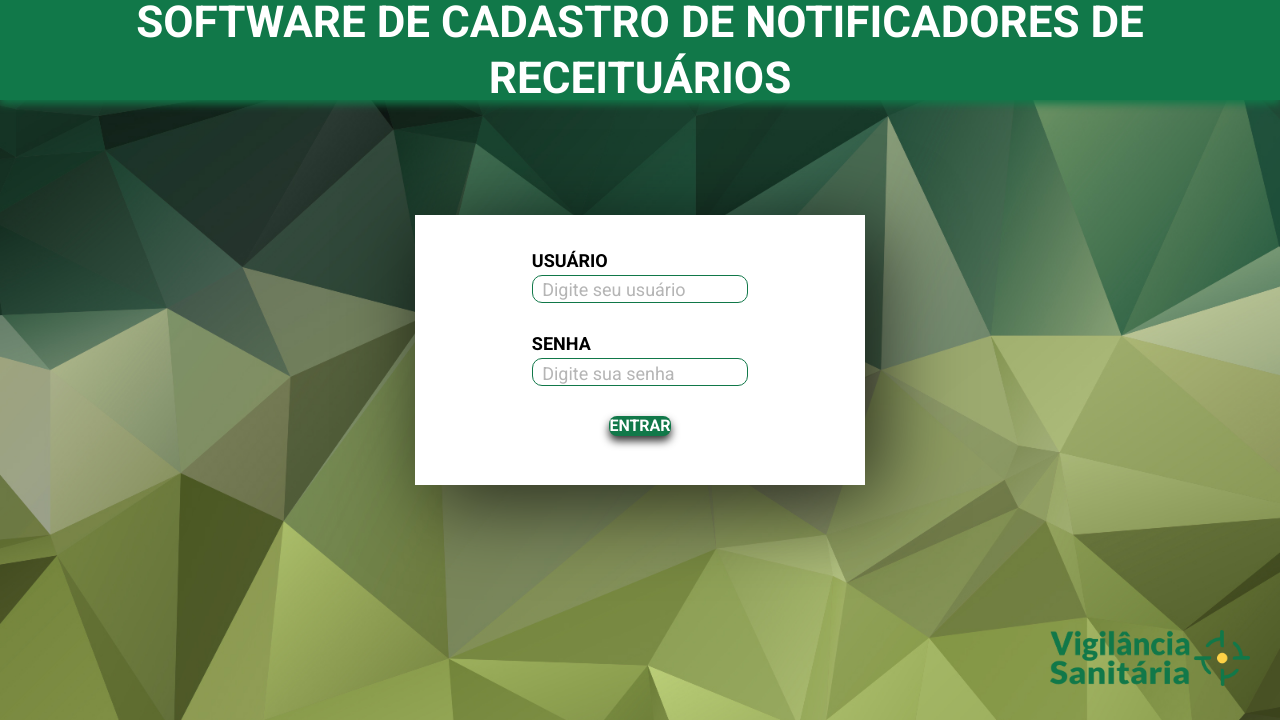
Repository: milena-rosa/web-prescription-notifier
Page: /
An editor plug-in stored every save of this project. The page is shown before and after the next save, followed by the edit.
The browser window is 1280 px wide. The pictures show the whole page.
The project was rebuilt for these pictures with package versions that can differ from the ones it lists, and the page was loaded fresh each time. Also part of the build but not shown: src/pages/Home/styles.ts, src/pages/Home/index.tsx.

Above is the page before, as saved 2021-11-07 13:26:21.

### public/index.html
<!DOCTYPE html>
<html lang="en">

<head>
  <meta charset="utf-8" />
  <link rel="preconnect" href="https://fonts.googleapis.com">
  <link rel="preconnect" href="https://fonts.gstatic.com" crossorigin>
  <link href="https://fonts.googleapis.com/css2?family=Roboto:wght@400;700&display=swap" rel="stylesheet">
  <!-- <link rel="icon" href="%PUBLIC_URL%/favicon.ico" /> -->
  <meta name="viewport" content="width=device-width, initial-scale=1" />
  <meta name="theme-color" content="#000000" />
  <title>Cadastro de Notificadores de Receituários</title>
</head>

<body>
  <noscript>You need to enable JavaScript to run this app.</noscript>
  <div id="root"></div>
</body>

</html>

### src/index.tsx
import React from 'react'
import ReactDOM from 'react-dom'

import { App } from './App'

ReactDOM.render(
  <React.StrictMode>
    <App />
  </React.StrictMode>,
  document.getElementById('root')
)

### src/App.tsx
import React from 'react'
import { BrowserRouter as Router } from 'react-router-dom'

import { Routes } from './routes'
import { GlobalStyle } from './styles/global'

export function App() {
  return (
    <Router>
      <Routes />
      <GlobalStyle />
    </Router>
  )
}

### src/routes/index.tsx
import React from 'react'
import { Switch } from 'react-router-dom'

import { Home } from '../pages/Home'
import { SignIn } from '../pages/SignIn'
import { Route } from './Route'

// import { useAuth } from '../hooks/useAuth'

export function Routes() {
  // const { loading } = useAuth()

  // if (loading) {
  //   return <h1>Abrindo...</h1>
  // }

  return (
    <Switch>
      <Route path="/" exact component={SignIn} />
      <Route path="/home" exact component={Home} isPrivate />
    </Switch>
  )
}

### src/styles/global.ts
import { createGlobalStyle } from 'styled-components'

export const GlobalStyle = createGlobalStyle`
  :root {
    --black: #000000;
    --gray: #b5b5b5;
    --white: #ffffff;

    --green-primary: #117849;
    --green-primary-70: rgba(17, 120, 73, 0.7);
    --green-primary-30: rgba(17, 120, 73, 0.3);
    --green-primary-5: rgba(17, 120, 73, 0.05);

    --light-green: #dbebe4;
    --brownish-green: #51665c;

    --red: #ff0000;
    --yellow: #f6ff8f;
  }

  * {
    box-sizing: border-box;
    margin: 0;
    padding: 0;
  }

  html {
    @media (max-width: 1080px) {
      font-size: 93.75%; // 15px
    }

    @media (max-width: 720px) {
      font-size: 87.5%; // 14px
    }
  }

  body {
    background: var(--white);
    color: var(--black);
    -webkit-font-smoothing: antialiased;
  }

  body, input, textarea, button, select {
    font-family: 'Roboto', sans-serif;
    font-weight: 400;
  }

  button {
    border: none;
    cursor: pointer;
  }

  .react-modal-overlay {
    align-items: center;
    background: rgba(0, 0, 0, 0.5);
    bottom: 0;
    display: flex;
    justify-content: center;
    left: 0;
    position: fixed;
    right: 0;
    top: 0;
    z-index: 11;
  }

  .react-modal-content {
    background: var(--white);
    border-radius: 0.25rem;
    min-height: 2.4rem;
    max-width: 41rem;
    position: relative;
    z-index: 12;
  }

  .react-modal-close {
    background: transparent;
    border: 0;
    position: absolute;
    right: 1rem;
    top: 1rem;
    transition: filter 0.2s;

    &:hover {
      filter: brightness(0.8);
    }
  }
`

### src/pages/SignIn/index.tsx
import React from 'react'

import logo from '../../assets/logo.png'
import { Button } from '../../components/Button'
import { Input } from '../../components/Input'
import { useForm } from '../../hooks/useForm'
import { Container } from './styles'

interface SignInFormValues {
  user: string
  password: string
}

export const SignIn: React.FC = () => {
  const {
    data: { user, password },
    handleChange,
    errors
  } = useForm<SignInFormValues>({
    initialValues: { user: '', password: '' },
    onSubmit: (event) => console.log(event),
    validations: {
      user: { required: { value: true, message: 'Preencha o campo obrigatório.' } },
      password: { required: { value: true, message: 'Preencha o campo obrigatório.' } }
    }
  })

  return (
    <Container>
      <header>Software de Cadastro de Notificadores de Receituários</header>
      <div>
        <Input
          name="user"
          label="Usuário"
          type="text"
          placeholder="Digite seu usuário"
          value={user}
          onChange={handleChange('user')}
          errors={errors.user}
          containerStyle={{ marginBottom: '1.875rem' }}
        />
        <Input
          name="password"
          label="Senha"
          type="password"
          placeholder="Digite sua senha"
          value={password}
          onChange={handleChange('password')}
          errors={errors.password}
          containerStyle={{ marginBottom: '1.875rem' }}
        />
        <Button>Entrar</Button>
      </div>
      <footer>
        <img src={logo} alt="Vigilância Sanitária" />
      </footer>
    </Container>
  )
}

### src/routes/Route.tsx
import React, { ComponentType } from 'react'
import { RouteProps as ReactDOMRouteProps, Route as ReactDOMRoute, Redirect } from 'react-router-dom'

interface IRouteProps extends ReactDOMRouteProps {
  isPrivate?: boolean
  component: ComponentType
}

export function Route({ isPrivate = false, component: Component, ...rest }: IRouteProps) {
  const isSigned = false

  return (
    <ReactDOMRoute
      {...rest}
      render={({ location }) =>
        (isPrivate && isSigned) || (!isPrivate && !isSigned) ? (
          <Component />
        ) : (
          <Redirect
            to={{
              pathname: isPrivate ? '/' : '/home',
              state: { from: location }
            }}
          />
        )
      }
    />
  )
}

### src/components/Button/index.tsx
import React, { ButtonHTMLAttributes } from 'react'

import { Container } from './styles'

interface ButtonProps extends ButtonHTMLAttributes<HTMLButtonElement> {
  buttonStyle?: object
}

export function Button({ children, buttonStyle = {}, ...rest }: ButtonProps) {
  return (
    <Container style={buttonStyle} {...rest}>
      {children}
    </Container>
  )
}

### src/components/Input/index.tsx
import React, { InputHTMLAttributes, useCallback, useState } from 'react'

import { Container, InputInformationContainer, Error, InputContainer } from './styles'

interface InputProps extends InputHTMLAttributes<HTMLInputElement> {
  name: string
  label?: string
  errors?: string
  containerStyle?: object
  inputStyle?: object
}

export const Input = ({
  name,
  label,
  containerStyle = {},
  inputStyle = {},
  errors,
  value,
  onBlur,
  disabled = false,
  ...rest
}: InputProps) => {
  const [isFocused, setIsFocused] = useState(false)

  const handleInputFocus = useCallback(() => {
    setIsFocused(true)
  }, [])

  const handleInputBlur = useCallback(
    (event: React.FocusEvent<HTMLInputElement>) => {
      if (onBlur) {
        onBlur(event)
      }
      setIsFocused(false)
    },
    [onBlur]
  )

  return (
    <Container>
      <InputInformationContainer>{!!label && <label htmlFor={name}>{label}</label>}</InputInformationContainer>
      <InputContainer style={containerStyle} isFocused={isFocused} isInvalid={!!errors} disabled={disabled}>
        <input
          {...rest}
          value={value || ''}
          id={name}
          name={name}
          onFocus={handleInputFocus}
          onBlur={handleInputBlur}
          style={inputStyle}
        />
      </InputContainer>
      {!!errors && <Error>{errors}</Error>}
    </Container>
  )
}

### src/hooks/useForm.ts
import { ChangeEvent, FormEvent, useState } from 'react'

interface Validation {
  required?: {
    value: boolean
    message: string
  }
  pattern?: {
    value: string
    message: string
  }
  custom?: {
    isValid: (value: any) => boolean
    message: string
  }
}

type Validations<T extends {}> = Partial<Record<keyof T, Validation>>
type ErrorRecord<T> = Partial<Record<keyof T, string>>

export type FormOptions<T extends {}> = {
  validations?: Validations<T>
  initialValues?: Partial<T>
  onSubmit?: (event?: any) => void
}

export type FormReturn<T extends {}> = {
  data: T
  handleChange: <S extends unknown>(
    key: keyof T,
    sanitizeFn?: ((value: string) => S) | undefined
  ) => (event: ChangeEvent<HTMLInputElement & HTMLSelectElement & HTMLTextAreaElement>) => void
  handleSubmit: (event: FormEvent<HTMLFormElement>) => Promise<void>
  reset: () => void
  setValue: (key: keyof T, value: any) => void
  errors: Partial<Record<keyof T, string>>
}

export const useForm = <T extends Record<keyof T, any>>(options?: FormOptions<T>) => {
  const [data, setData] = useState<T>((options?.initialValues || {}) as T)
  const [errors, setErrors] = useState<ErrorRecord<T>>({})

  const handleChange =
    <S extends unknown>(key: keyof T, sanitizeFn?: (value: string) => S) =>
    (event: ChangeEvent<HTMLInputElement & HTMLSelectElement & HTMLTextAreaElement>) => {
      const value =
        event.target.type === 'checkbox'
          ? event.target.checked
          : sanitizeFn
          ? sanitizeFn(event.target.value)
          : event.target.value

      setData({
        ...data,
        [key]: value
      })
    }

  const handleSubmit = async (event: FormEvent<HTMLFormElement>) => {
    event?.preventDefault()

    const validations = options?.validations
    if (validations) {
      let valid = true
      const newErrors: Partial<Record<keyof T, string>> = {}

      for (const key in validations) {
        const value = data[key]
        const validation = validations[key]

        if (validation?.required?.value && !value) {
          valid = false
          newErrors[key] = validation?.required?.message
        }

        const pattern = validation?.pattern
        if (pattern?.value && !RegExp(pattern.value).test(value)) {
          valid = false
          newErrors[key] = pattern.message
        }

        const custom = validation?.custom
        if (custom?.isValid && !custom.isValid(value)) {
          valid = false
          newErrors[key] = custom.message
        }
      }

      if (!valid) {
        setErrors(newErrors)
        return
      }
    }

    setErrors({})

    if (options?.onSubmit) {
      options.onSubmit()
    }
  }

  const reset = () => {
    setData({} as T)
    setErrors({})
  }

  const setValue = (key: keyof T, value: any) => {
    setData({
      ...data,
      [key]: value
    })
  }

  return {
    data,
    handleChange,
    handleSubmit,
    reset,
    setValue,
    errors
  }
}

### src/pages/SignIn/styles.ts
import styled from 'styled-components'

import backgroundImg from '../../assets/background.png'

export const Container = styled.div`
  align-items: center;
  background: url(${backgroundImg}) no-repeat center center fixed;
  background-size: cover;
  bottom: 0;
  display: flex;
  flex-direction: column;
  justify-content: space-between;
  left: 0;
  position: fixed;
  right: 0;
  top: 0;
  z-index: 11;

  header {
    align-items: center;
    background: var(--green-primary);
    color: var(--white);
    display: flex;
    filter: drop-shadow(0px 4px 4px var(--green-primary));
    font-weight: bold;
    font-size: 2.75rem;
    height: 6.25rem;
    justify-content: center;
    line-height: 3.5rem;
    text-align: center;
    text-transform: uppercase;
    width: 100%;
  }

  > div {
    align-items: center;
    background-color: var(--white);
    display: flex;
    filter: drop-shadow(15px 15px 42px rgba(0, 0, 0, 0.7));
    flex-direction: column;
    height: 16.875rem;
    padding: 2.1875rem 4.6875rem;
    width: 28.125rem;
  }

  footer {
    /* background: lime; */
    align-self: flex-end;

    > img {
      margin: 1.875rem;
      width: 12.5rem;
    }
  }
`

### src/components/Button/styles.ts
import styled from 'styled-components'

export const Container = styled.button`
  background: var(--green-primary);
  border: 0;
  border-radius: 0.5rem;
  box-shadow: 0px 5px 8px rgba(0, 0, 0, 0.8);

  color: var(--white);
  font-weight: bold;
  font-size: 1rem;
  line-height: 1.25rem;
  text-align: center;
  text-transform: uppercase;
  display: flex;
  align-items: center;
  justify-content: center;

  &:disabled {
    background: var(--gray-20);
    box-shadow: 0 6px 12px rgba(51, 51, 51, 0.25);
    color: var(--gray-40);
  }

  &:hover {
    transform: translate(1px, 1px);
  }
`

### src/components/Input/styles.ts
import styled, { css } from 'styled-components'

export const Container = styled.div`
  display: flex;
  flex-direction: column;
`

interface InputContainerProps {
  isFocused: boolean
  isInvalid: boolean
  disabled: boolean
}

export const InputContainer = styled.div<InputContainerProps>`
  background: ${(props) => (props.disabled ? 'var(--gray-20)' : 'var(--green-primary-15)')};
  border: 1px solid ${(props) => (props.disabled ? 'transparent' : 'var(--green-primary)')};
  border-radius: 0.625rem;
  color: ${(props) => (props.disabled ? 'var(--gray-60)' : 'var(--black)')};
  height: 1.76rem;
  position: relative;

  ${(props) =>
    props.isFocused &&
    css`
      border-color: var(--blue-primary);
    `}

  ${(props) =>
    props.isInvalid &&
    css`
      border-color: var(--orange);
    `}

  input {
    background: transparent;
    border: 0;
    font-size: 1.125rem;
    line-height: 1.3125rem;
    height: 100%;
    min-height: 1.76rem;
    outline: 0;
    padding-left: 0.58rem;
    width: 100%;

    &::placeholder {
      color: var(--gray);
    }
  }
`

export const InputInformationContainer = styled.div`
  align-items: baseline;
  display: flex;
  justify-content: space-between;

  label {
    color: var(--black);
    display: block;
    font-size: 1.125rem;
    font-weight: bold;
    line-height: 1.3125rem;
    text-transform: uppercase;
    margin-bottom: 0.25rem;
  }
`

export const Error = styled.p`
  color: var(--orange);
  font-size: 1rem;
  line-height: 1.25rem;
  margin-top: 0.5rem;
`

After the next save:
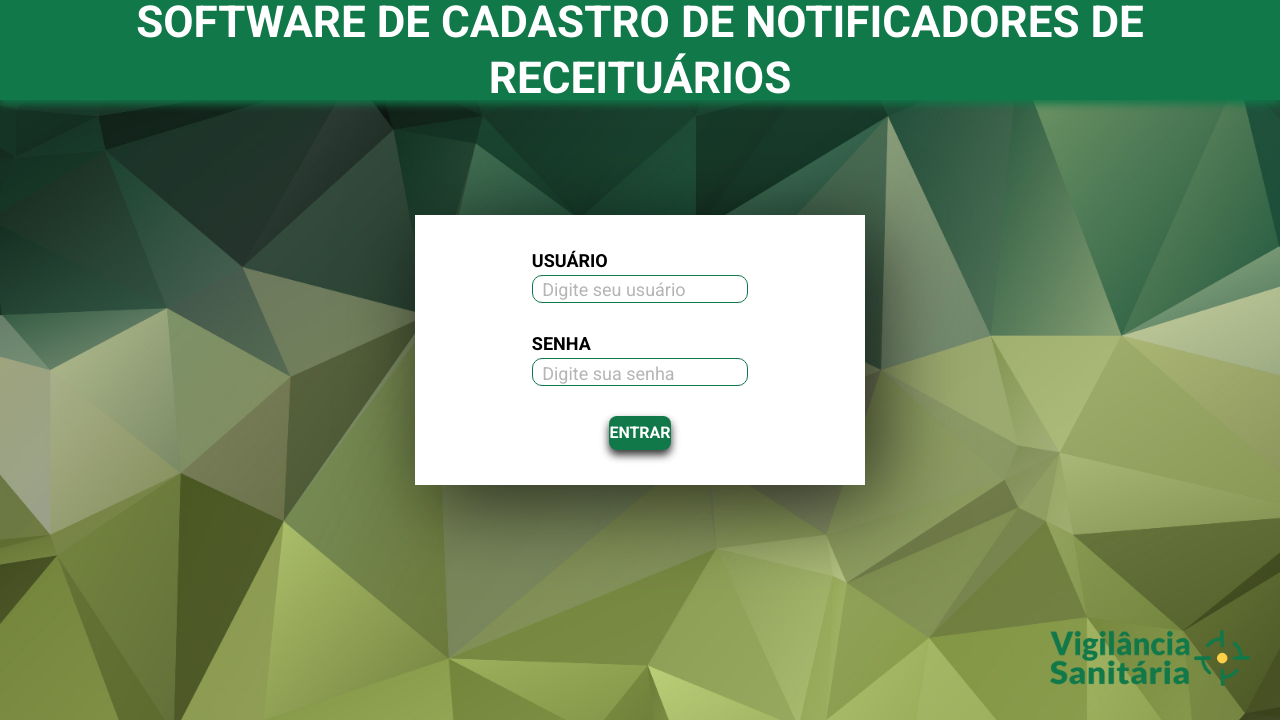
Saved 21 s later.
--- a/src/components/Button/styles.ts
+++ b/src/components/Button/styles.ts
@@ -9,6 +9,7 @@
   color: var(--white);
   font-weight: bold;
   font-size: 1rem;
+  height: 2.5rem;
   line-height: 1.25rem;
   text-align: center;
   text-transform: uppercase;
